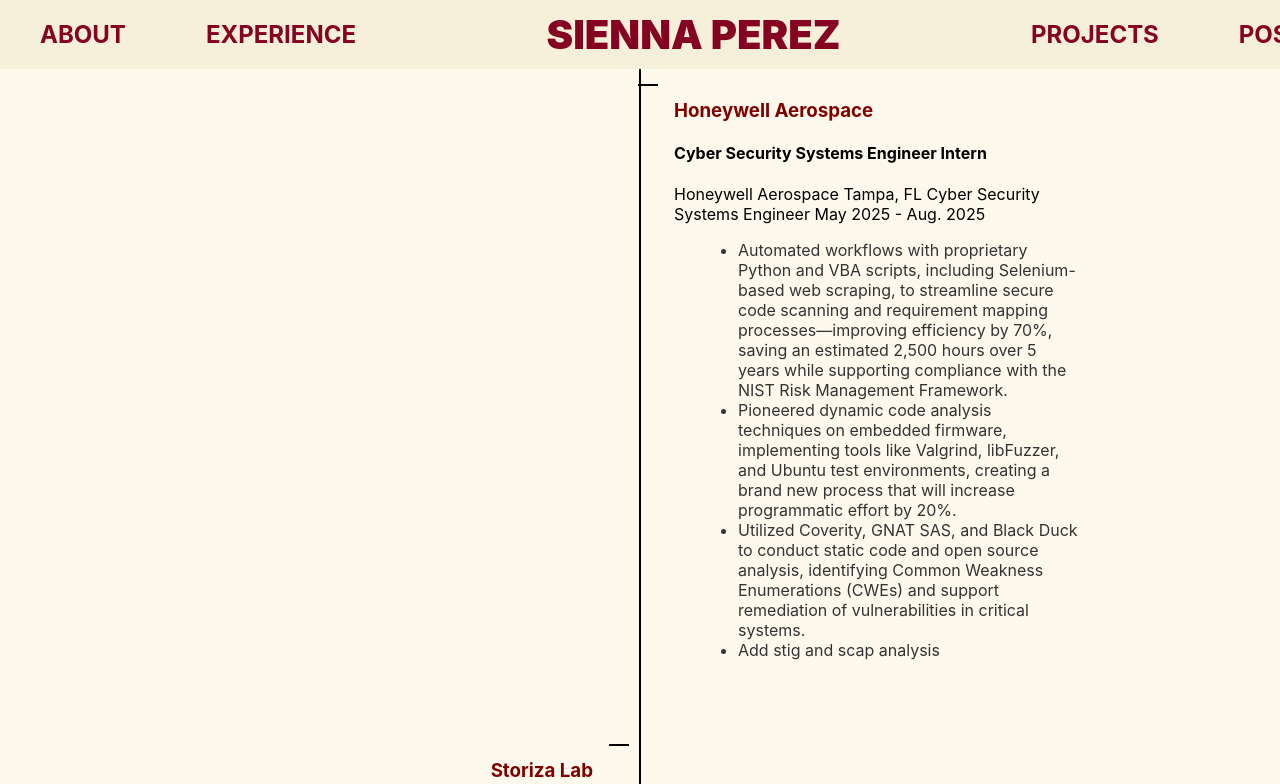
Repository: siennaperez/siennaperezweb
Page: /experience
The author's editor kept a copy of each file at every save. The page is drawn from the files as they stood at one save, then again after the next save.
The browser window is 1280 px wide. The pictures show the whole page.
An inner scrolling area shows only its first screen. The project was rebuilt for these pictures with package versions that can differ from the ones it lists, and the page was loaded fresh each time. Also part of the build but not shown: src/App.css, src/pages/About.css, src/pages/About.js, src/pages/Home.js.

Above is the page before, as saved 2025-09-21 15:19:57.

After the next save:
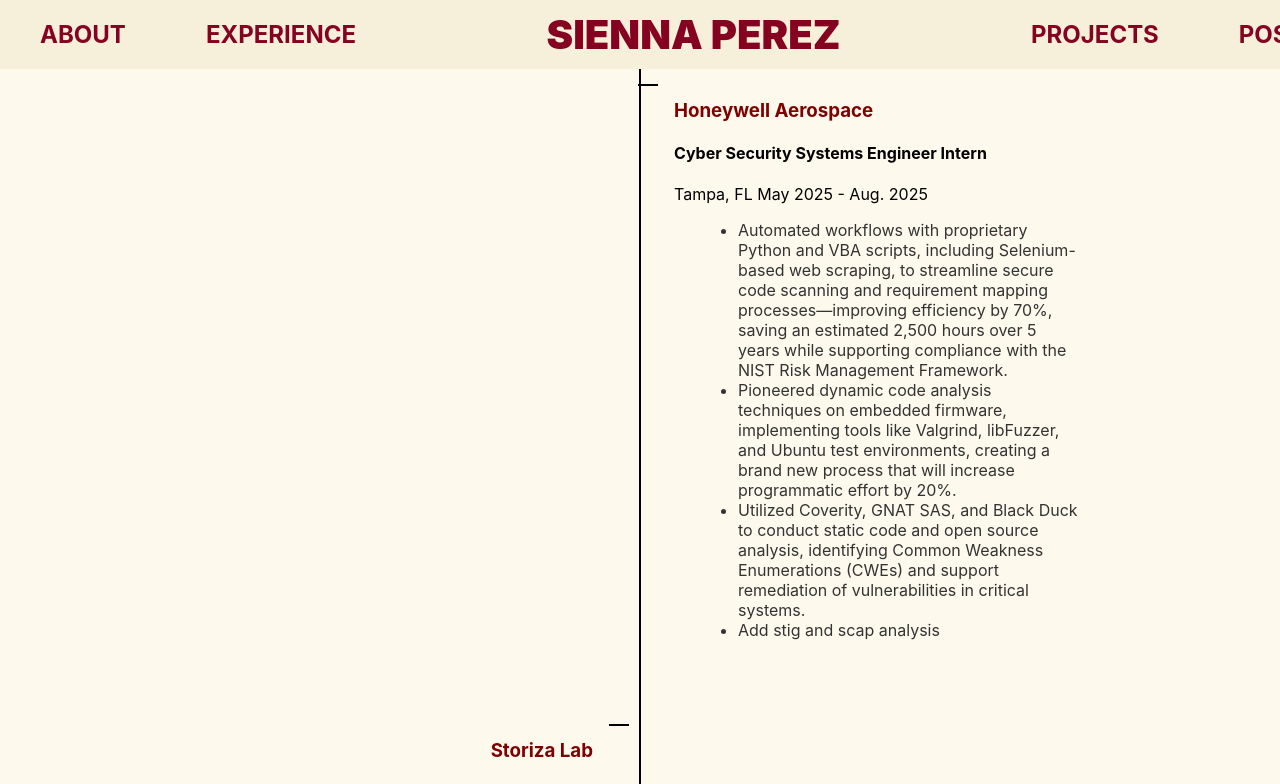
Saved 40 s later.
--- a/src/pages/Experience.js
+++ b/src/pages/Experience.js
@@ -9,8 +9,8 @@
         <div className="timeline-item right">
           <h3>Honeywell Aerospace</h3>
           <h4>Cyber Security Systems Engineer Intern</h4>
-          Honeywell Aerospace					             					    Tampa, FL
-Cyber Security Systems Engineer 								         May 2025 - Aug. 2025
+            Tampa, FL
+            May 2025 - Aug. 2025
 
 
           <ul>
